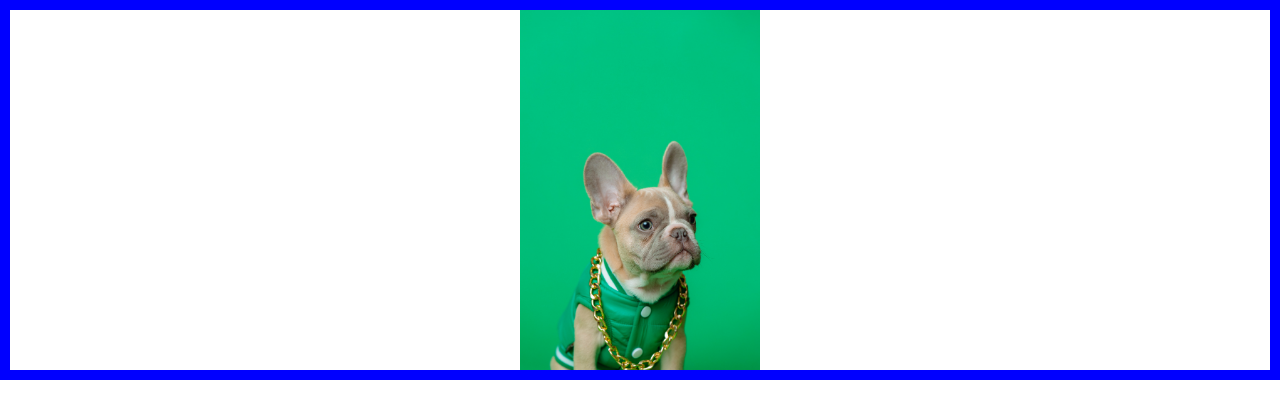
Repository: EmmanuelOyiti/Frontend_class
Page: Frontend class/index.html
The author's editor kept a copy of each file at every save. The page is drawn from the files as they stood at one save, then again after the next save.
The browser window is 1280 px wide. The pictures show the whole page.

Above is the page before, as saved 2023-09-26 20:59:22.

### Frontend class/index.html
<!DOCTYPE html>
<html lang="en">
<head>
    <meta charset="utf-8"/>
    <title> Learning css</title>
    <link href="index.css" rel="stylesheet">
</head>
<body>

    <main id="main">

    </main>

</body>
</html>

### Frontend class/index.css
body {
    margin: 0;
}

#main {
    border: 10px solid blue;
    height: 50dvh;
    background-image: url('dog.jpg');

    background-position: center;
    background-size: contain;
    background-repeat: no-repeat;

}

After the next save:
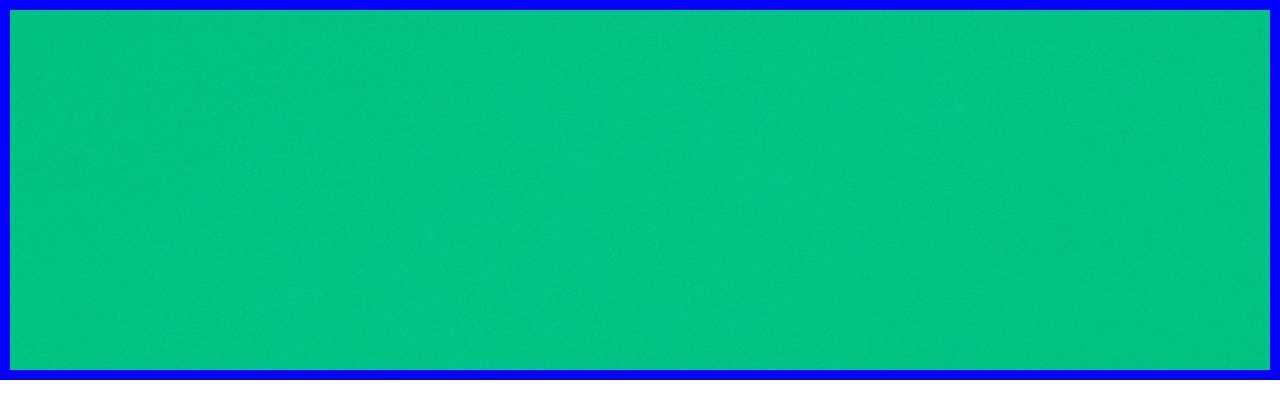
Saved 7 s later.
--- a/Frontend class/index.css
+++ b/Frontend class/index.css
@@ -7,8 +7,4 @@
     height: 50dvh;
     background-image: url('dog.jpg');
 
-    background-position: center;
-    background-size: contain;
-    background-repeat: no-repeat;
-
 }
